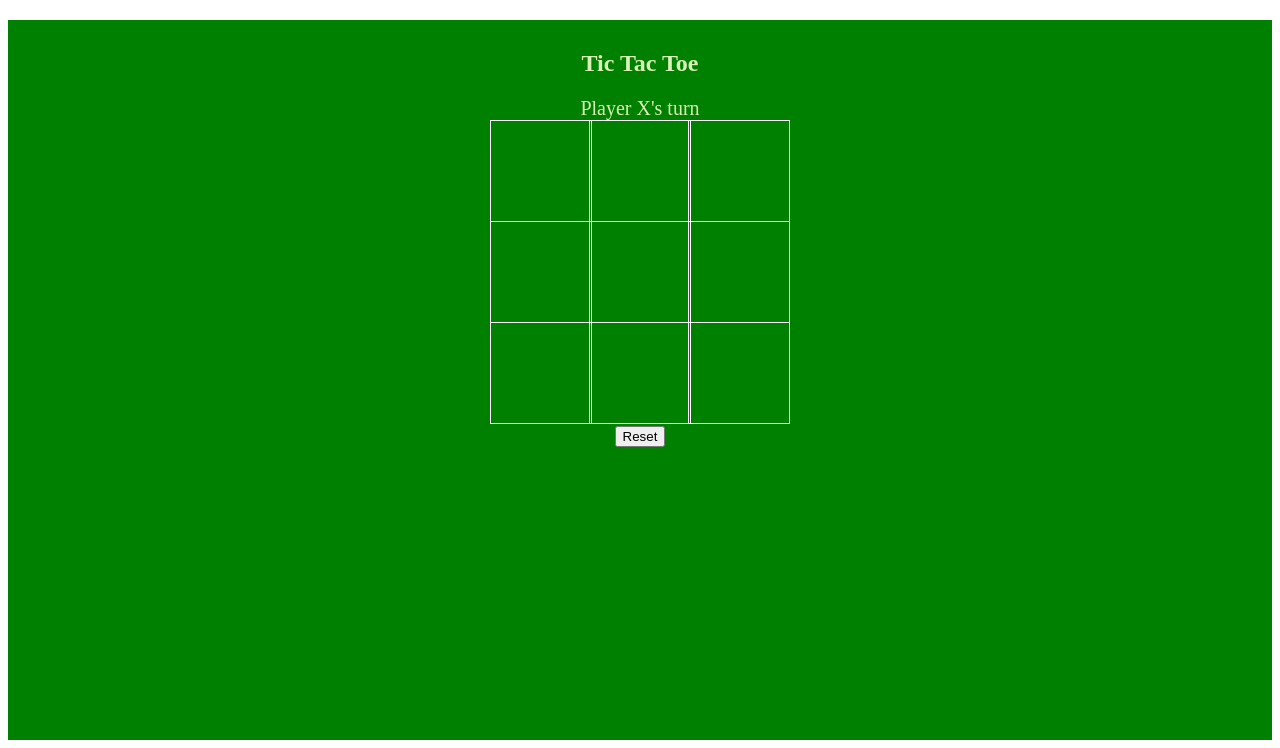
Repository: AnahitKhechumyan/tictac
Page: index.html
An editor plug-in stored every save of this project. The page is shown before and after the next save, followed by the edit.
The browser window is 1280 px wide. The pictures show the whole page.

Above is the page before, as saved 2022-02-07 01:36:03.

After the next save:
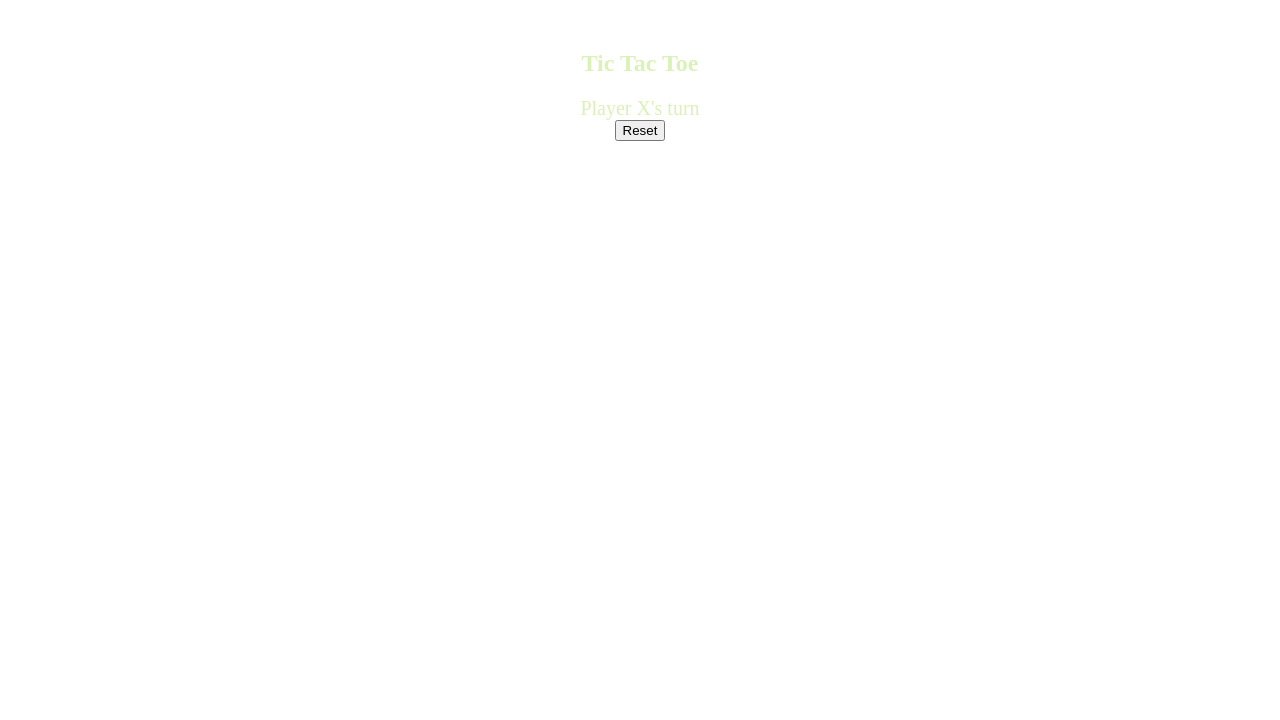
Saved 4 min 24 s later.
--- a/style.css
+++ b/style.css
@@ -1,4 +1,4 @@
-.background{
+.green{
     background-color: green;
     width: 100%;
     height:100vh;
@@ -7,12 +7,7 @@
 .display, h1, span{
     color:rgb(218, 241, 183);
 }
-/*.container{
-    margin-left: 36%;
-    width: 28%;
-    display: grid;
-    grid-template-columns: repeat(3, 1fr);
-}*/
+
 .container {
     margin: 0 auto;
     display: grid;
@@ -20,15 +15,8 @@
     grid-template-rows: 33% 33% 33%;
     max-width: 300px;
 }
-/*.box{
-    border:1px solid black;
-    width: 100%;
-    height: 16vh;
-    color:rgb(218, 241, 183);
-    font-size: 100px;
-    text-align: center;
-}*/
-.tile{
+
+.box{
     border: 1px solid white;
     min-width: 100px;
     min-height: 100px;
@@ -48,7 +36,7 @@ h1{
 .display{
     font-size: 20px;
 }
-/*#restart{
+#restart{
     padding:6px;
     background-color: cadetblue;
     color:rgb(218, 241, 183);
@@ -60,7 +48,7 @@ h1{
  #restart:hover {
     color:green;
     background-color: ivory;
-}*/
+}
 .display-player{
     color:rgb(218, 241, 183);
 }

After the save that followed:
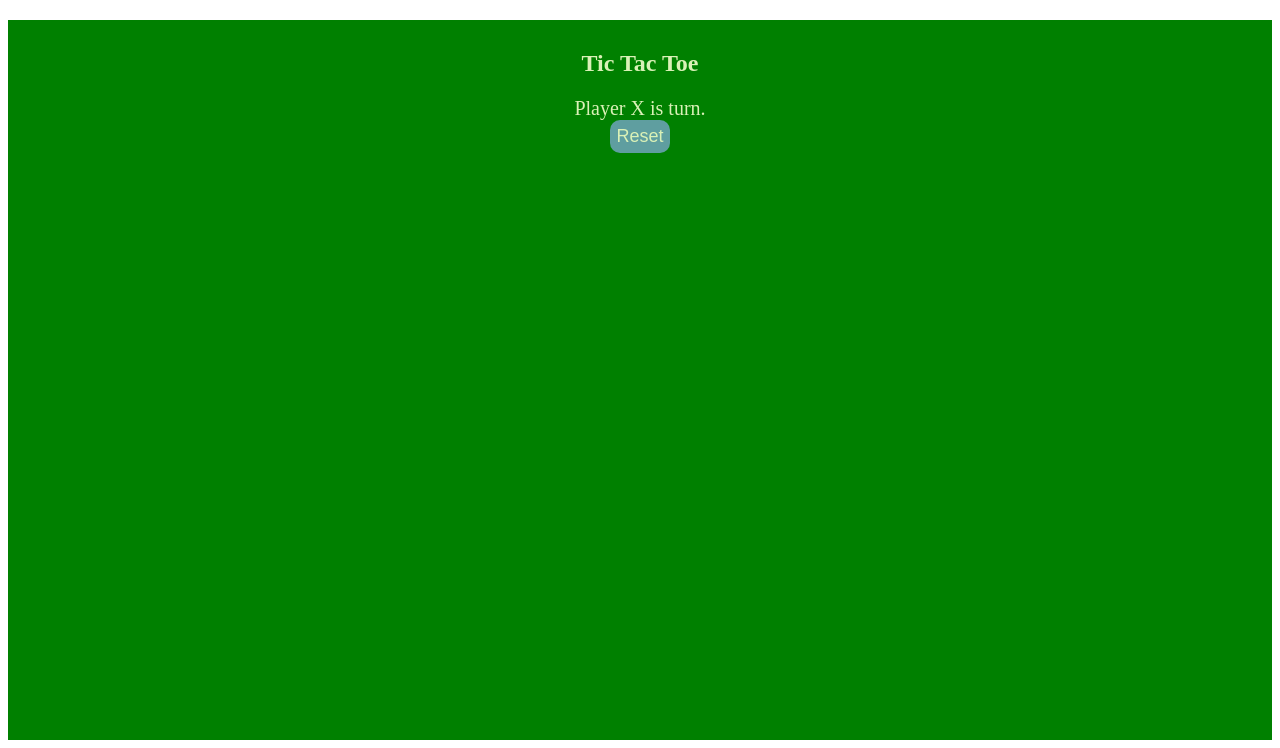
Console error: TypeError: Cannot read properties of null (reading 'addEventListener')
Saved 3 s later.
--- a/index.html
+++ b/index.html
@@ -12,12 +12,12 @@
 </head>
 <body>
 
-    <main class="background">
+    <main class="green">
         <section class="title">
             <h1>Tic Tac Toe</h1>
         </section>
         <section class="display">
-            Player <span class="display-player playerX">X</span>'s turn
+            Player <span class="display-player playerX">X</span> is turn.
         </section>
         <section class="container">
             <div class="tile"></div>
@@ -30,9 +30,9 @@
             <div class="tile"></div>
             <div class="tile"></div>
         </section>
-        <section class="display announcer hide"></section>
+        <section class="display speacker hide"></section>
         <section class="controls">
-            <button id="reset">Reset</button>
+            <button id="restart">Reset</button>
         </section>
     </main>
     <!--<main class= "green">
